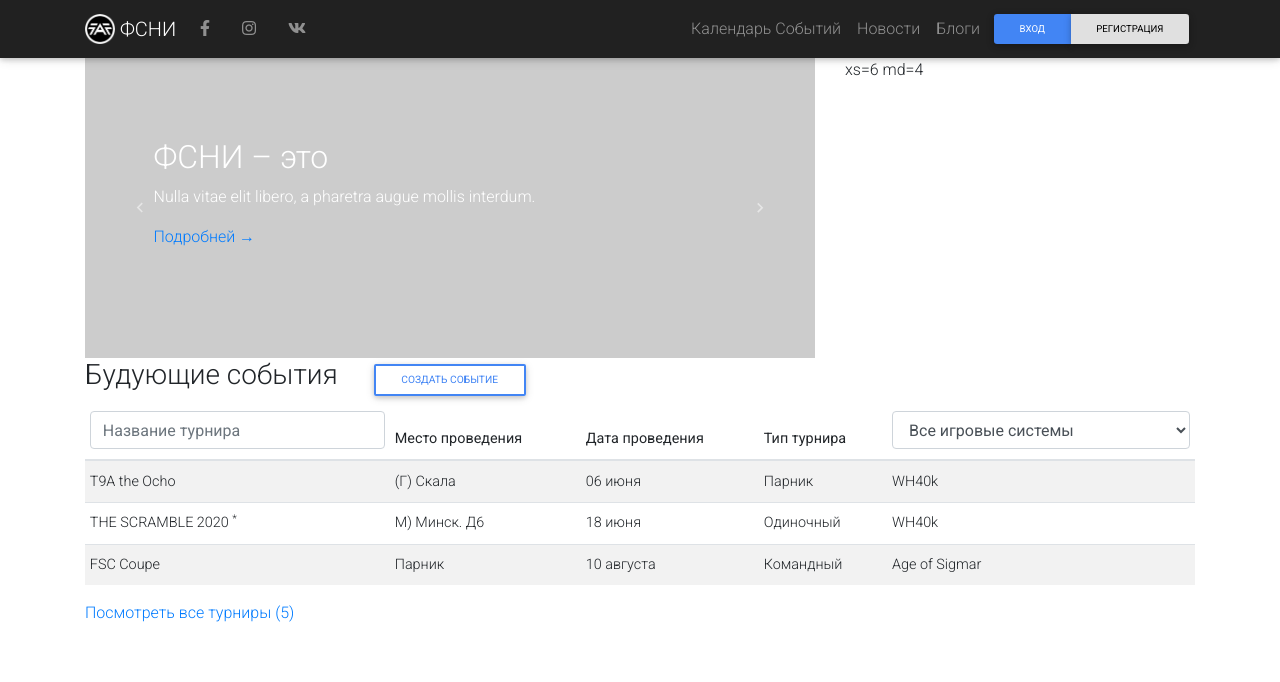
Repository: alexey1986/fsni_test
Page: /
The author's editor kept a copy of each file at every save. The page is drawn from the files as they stood at one save, then again after the next save.
The browser window is 1280 px wide. The pictures show the whole page.
The project was rebuilt for these pictures with package versions that can differ from the ones it lists, and the page was loaded fresh each time. Also part of the build but not shown: src/pages/calendar.jsx, src/pages/news.jsx, src/pages/blogs.jsx.

Above is the page before, as saved 2020-08-29 10:52:11.

### src/index.js
import React from 'react';
import ReactDOM from 'react-dom';
import 'bootstrap/dist/css/bootstrap.min.css';
import '@fortawesome/fontawesome-free/css/all.min.css';
//import 'bootstrap-css-only/css/bootstrap.min.css';
import 'mdbreact/dist/css/mdb.css';


import App from './App';
import * as serviceWorker from './serviceWorker';

ReactDOM.render(
  <React.StrictMode>
    <App />
  </React.StrictMode>,
  document.getElementById('root')
);

// If you want your app to work offline and load faster, you can change
// unregister() to register() below. Note this comes with some pitfalls.
// Learn more about service workers: https://bit.ly/CRA-PWA
serviceWorker.unregister();

### src/App.js
import React from 'react';
import { BrowserRouter as Router, Route } from "react-router-dom";
import NavBarComponent from './components/nav/NavBar';
import Home from './pages/home';
import Calendar from './pages/calendar';
import News from './pages/news';
import Blogs from './pages/blogs';

const App = () => {
  return (
    <Router>
      <NavBarComponent></NavBarComponent>
      <Route path="/" exact component={Home} />
      <Route path="/calendar" exact component={Calendar} />
      <Route path="/news" exact component={News} />
      <Route path="/blogs" exact component={Blogs} />
    </Router>
  )
}


export default App;

### src/components/nav/NavBar.jsx
import React from 'react';
import { Link, NavLink } from "react-router-dom";
import { Container, Navbar, Nav, ButtonGroup, Button } from 'react-bootstrap';
import SocialButtons from './SocialButtons';
import logo from './logo.png';

const NavBarComponent = () => {
    return (
        <Navbar bg="dark" expand="lg" variant="dark" sticky="top" >
            <Container>
                <Navbar.Brand as={Link} to='/'>
                    <img
                        alt=""
                        src={logo}
                        width="30"
                        height="30"
                        className="d-inline-block align-top"
                    />{' '}
                    ФСНИ
                </Navbar.Brand>
                <Navbar.Toggle aria-controls="basic-navbar-nav" />
                <Navbar.Collapse id="basic-navbar-nav">
                    <SocialButtons />
                    <Nav>
                        <Nav.Link as={NavLink} to='/calendar'>Календарь Событий</Nav.Link>
                        <Nav.Link as={NavLink} to='/news'>Новости</Nav.Link>
                        <Nav.Link as={NavLink} to='/blogs'>Блоги</Nav.Link>
                    </Nav>
                    <ButtonGroup size="sm" aria-label="login/registration">
                        <Button variant="primary">Вход</Button>
                        <Button variant="light">Регистрация</Button>
                    </ButtonGroup>
                </Navbar.Collapse>
            </Container>
        </Navbar>
    )
}

export default NavBarComponent;

### src/pages/home.jsx
import React from 'react';
import { Container, Row, Col, Button, Table, Form } from 'react-bootstrap';
import CarouselComponent from '../components/carousel/Carousel';


import { Link } from "react-router-dom";

const Home = () => {
    return (
        <Container>
            <section>
                <Row>
                    <Col xs={12} md={8}>
                        <CarouselComponent />
                    </Col>
                    <Col xs={6} md={4}>
                        xs=6 md=4
                </Col>
                </Row>
            </section>

            <section>
                <Row>
                    <Col md="auto">
                        <h3>Будующие события</h3>
                    </Col>
                    <Col>
                        <Button variant="outline-primary" size="sm">Создать Событие</Button>{' '}
                    </Col>
                </Row>

                <Table responsive striped hover size="sm">
                    <thead>
                        <tr>
                            <th>
                                <Form.Control type="text" placeholder="Название турнира" />
                            </th>
                            <th>Место проведения</th>
                            <th>Дата проведения</th>
                            <th>Тип турнира</th>
                            <th>
                                <Form.Control as="select">
                                    <option>Все игровые системы</option>
                                    <option>WH40k</option>
                                    <option>Age of Sigmar</option>
                                </Form.Control>
                            </th>
                        </tr>
                    </thead>
                    <tbody>
                        <tr>
                            <td>T9A the Ocho</td>
                            <td>(Г) Скала</td>
                            <td>06 июня</td>
                            <td>Парник</td>
                            <td>WH40k</td>
                        </tr>
                        <tr>
                            <td>
                                THE SCRAMBLE 2020 <sup>*</sup></td>
                            <td>М) Минск. Д6</td>
                            <td>18 июня</td>
                            <td>Одиночный</td>
                            <td>WH40k</td>
                        </tr>
                        <tr>
                            <td>FSC Coupe </td>
                            <td>Парник</td>
                            <td>10 августа</td>
                            <td>Командный</td>
                            <td>Age of Sigmar</td>
                        </tr>
                    </tbody>
                </Table>

                <Link to='/'>Посмотреть все турниры (5)</Link>


            </section>
        </Container>
    )
}

export default Home;

### src/components/nav/SocialButtons.jsx
import React from 'react';
import { Nav } from 'react-bootstrap';
import { MDBIcon } from 'mdbreact';

const SocialButtons = () => {
  return (
    <Nav className="mr-auto" >
      <Nav.Link href="#!" className="fb-ic mr-3">
        <MDBIcon fab icon="facebook-f" />
      </Nav.Link>
      <Nav.Link href="#!" className="ins-ic mr-3">
        <MDBIcon fab icon="instagram" />
      </Nav.Link>
      <Nav.Link href="#!" className="vk-ic mr-3">
        <MDBIcon fab icon="vk" />
      </Nav.Link>
    </Nav>
  );
}

export default SocialButtons;

### src/components/carousel/Carousel.jsx
import React from 'react';
import { Carousel } from 'react-bootstrap';
import { Link } from "react-router-dom";
import './styles.css';


class CarouselComponent extends React.Component {
    render() {
        return (
            <Carousel indicators={false}>
                <Carousel.Item>
                    <Carousel.Caption>
                        <h2>ФСНИ – это </h2>
                        <p>Nulla vitae elit libero, a pharetra augue mollis interdum.</p>
                        <p>
                            <Link to='/'>Подробней &#8594;</Link>
                        </p>
                    </Carousel.Caption>
                </Carousel.Item>
                <Carousel.Item>
                    <Carousel.Caption>
                        <h2>ФСНИ – это </h2>
                        <p>Lorem ipsum dolor sit amet, consectetur adipiscing elit. Vivamus magna justo, lacinia eget consectetur sed, convallis at tellus.</p>
                        <p>
                            <Link to='/'>Подробней &#8594;</Link>
                        </p>
                    </Carousel.Caption>
                </Carousel.Item>
                <Carousel.Item>
                    <Carousel.Caption>
                        <h2>ФСНИ – это </h2>
                        <p>Lorem ipsum dolor sit amet, consectetur adipiscing elit. Vivamus magna justo, lacinia eget consectetur sed, convallis at tellus.</p>
                        <p>
                            <Link to='/'>Подробней &#8594;</Link>
                        </p>
                    </Carousel.Caption>
                </Carousel.Item>
            </Carousel>
        )
    }
}

export default CarouselComponent;

### src/components/carousel/styles.css
.carousel-item {
    background: #ccc;
    height: 300px;
}

.carousel-caption {
    top: 20%;
    bottom: auto;
    text-align: left;
}

Loaded but not shown: public/index.html (common file); src/serviceWorker.js (common file)

After the next save:
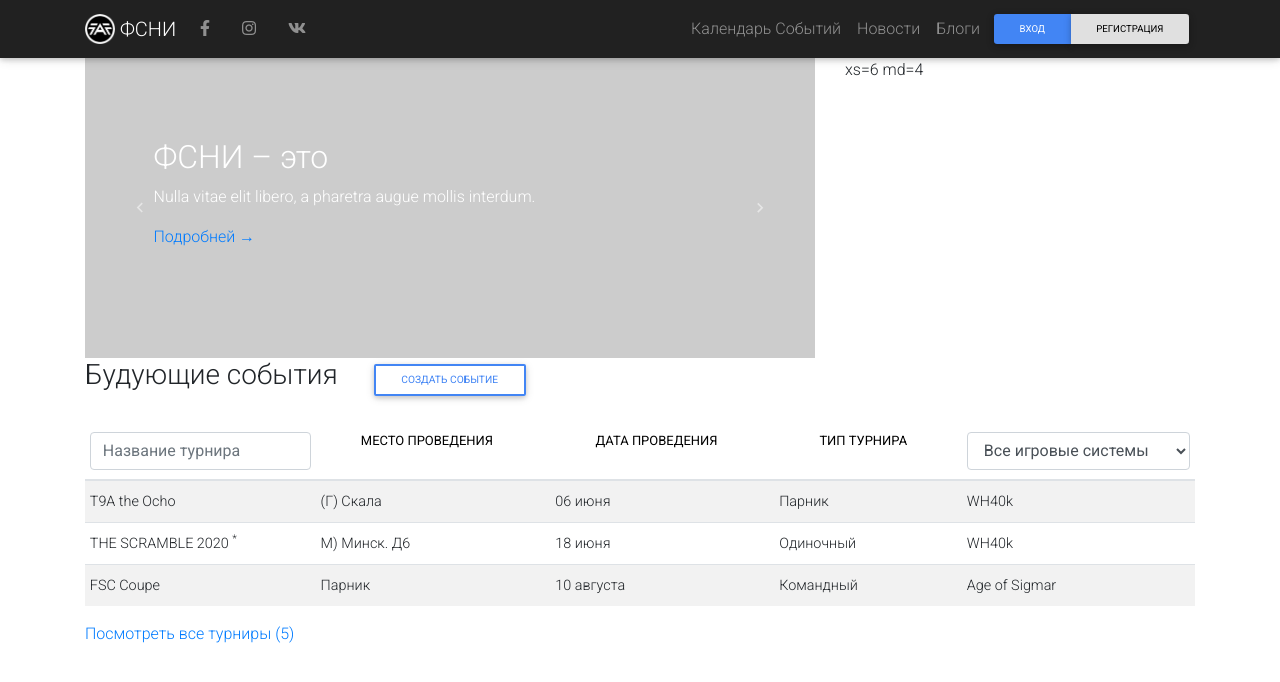
Saved 4 days later.
--- a/src/pages/home.jsx
+++ b/src/pages/home.jsx
@@ -35,9 +35,9 @@
                             <th>
                                 <Form.Control type="text" placeholder="Название турнира" />
                             </th>
-                            <th>Место проведения</th>
-                            <th>Дата проведения</th>
-                            <th>Тип турнира</th>
+                            <th><Button variant="link">Место проведения</Button></th>
+                            <th><Button variant="link">Дата проведения</Button></th>
+                            <th><Button variant="link">Тип турнира</Button></th>
                             <th>
                                 <Form.Control as="select">
                                     <option>Все игровые системы</option>
